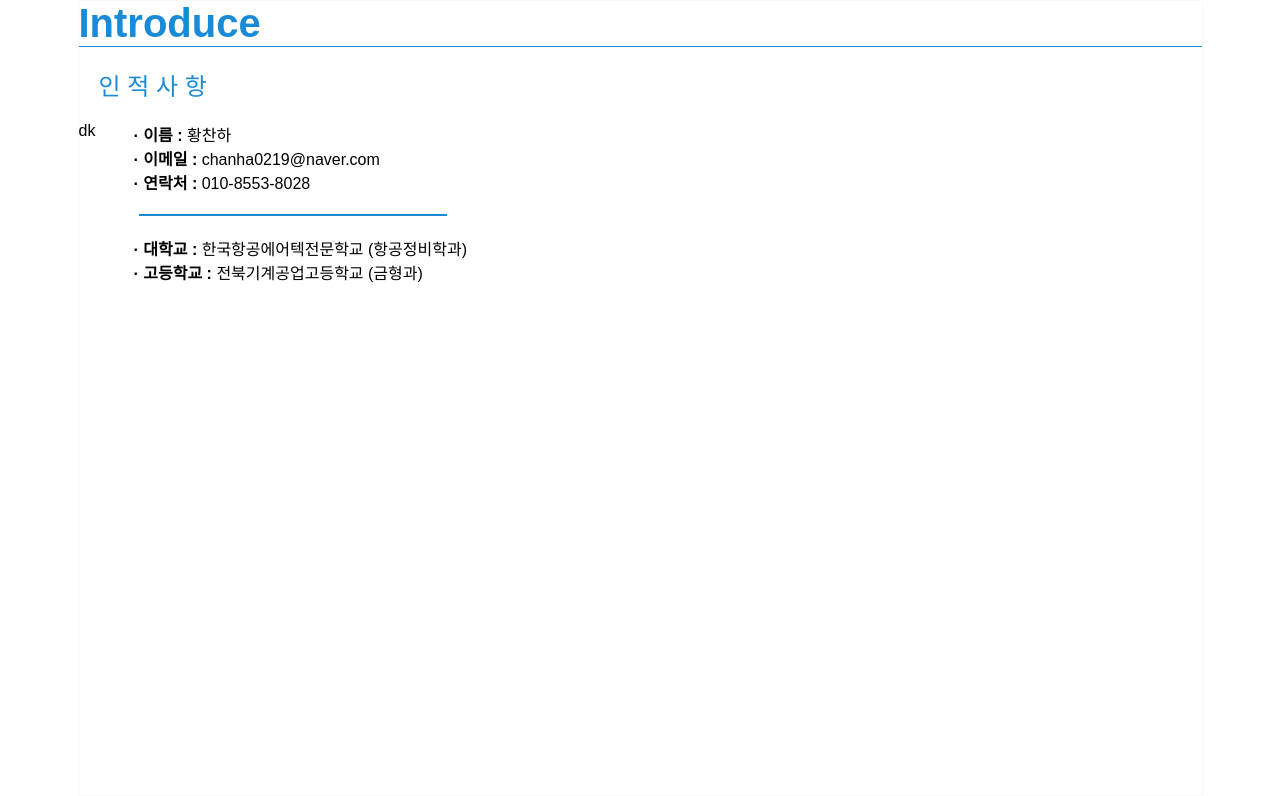
Repository: DooBae-KR/MySelf
Page: /
An editor plug-in stored every save of this project. The page is shown before and after the next save, followed by the edit.
The browser window is 1280 px wide. The pictures show the whole page.
The project was rebuilt for these pictures with package versions that can differ from the ones it lists, and the page was loaded fresh each time. Also part of the build but not shown: src/pages/MainPage.js, src/pages/header/HeaderLogo.js, src/pages/header/TabMenu.js, src/pages/HeaderPage.js.

Above is the page before, as saved 2025-07-23 21:20:15.

### src/App.js
import { BrowserRouter, Routes, Route } from 'react-router-dom';
import Main from './pages/MainPage';
import Header from './pages/HeaderPage';
import MySelf from './pages/Myself';

import './styles/header.css';

function App() {
  return (
  <BrowserRouter>
  <Routes>
    <Route path={'/'} element={<MySelf/>} />
  </Routes>
  </BrowserRouter>
  );
}

export default App;

### src/pages/Myself.js
import { myInfo,myWorkSkill,myLicense } from "../data/MyInform"
export default function MySelf(){

    return(
        <div className="A4 rec">
            <div className="title">Introduce</div>
            <div className="container content">
                <div className="contentTitle">인 적 사 항</div>
                <div className="container">
                <div className="myimg">
                    dk
                </div>
                  <div className="context">
                    <p><strong>· 이름 : </strong>{myInfo.name}</p>
                    <p><strong>· 이메일 : </strong> {myInfo.email}</p>
                    <p><strong>· 연락처 : </strong>{myInfo.phone}</p>
                    <div className="line"/>
                    <p><strong>· 대학교 : </strong>{myInfo.collage} ({myInfo.collageMajor})</p>
                    <p><strong>· 고등학교 : </strong>{myInfo.highSchool} ({myInfo.highScMajor})</p>
                </div>
                </div>
            </div>


        </div>
    )
}

### src/styles/header.css


* {
    margin: 0;
    padding: 0;
    font-family: "Asta Sans", sans-serif;
    font-optical-sizing: auto;
    font-weight: 400;
    font-style: normal;
    }

    .container {
        display :flex;
    }

    .headerLogo {
        width: 100vw;
        height: 100px;
        justify-content: space-between;
        padding: 0;
        border-bottom: 2px solid #db8b23;
    }
    .logo{
        padding: 15px;
        margin-left: 10px;
        width: 100px;
        height: 100px;
        font-size: 50px;
        font-weight: bolder;
        font-style: italic;
        cursor: pointer;
        align-items: center;
    }
    .logoTitle{
        display: flex;
        font-size: 50px;
        align-items: center;


    }
    .headerLogo input{
        margin: 15px;
        padding: 3px 5px;
        border: 1px solid #db8b239d;
        border-radius: 10px;

    }

    .A4.rec{
        width: 1123px;
        height: 794px;
        border: 1px solid #aaaaaa11;
        margin: 0 auto;
    }
    .title{
        font-size: 40px;
        color:rgb(25, 139, 214);
        font-weight: 700;
        border-bottom: 1px solid rgb(25, 139, 214);
    }
    .content{
        width: 100%;
        flex-direction: column;
    }
    .contentTitle{
        margin: 20px;
        font-size: 24px;
        color:rgb(25, 139, 214);
    }
    .context {
        gap: 5px;
    }
    .context strong{
        margin-left: 15px;
        font-weight: bold;
    }
    .line {
        margin: 20px;
        border: 0.5px solid rgb(25, 139, 214);;
    }
    .myimg{
        width: 40px;
        height: 60px;
    }

### src/data/MyInform.js

export const myInfo = {
    name: "황찬하",
    email: "chanha0219@naver.com",
    phone: "010-8553-8028",
    github: "https://github.com/DooBae-KR",
    notion: "https://www.notion.so/239012dbbef280e4886de20264e97e98",
    intro1: "CORE knowledge, HOT execution",
    intro2 : "That’s how I make things happen",
    highSchool : "전북기계공업고등학교",
    highScMajor : "금형과",
    collage : "한국항공에어텍전문학교",
    collageMajor : "항공정비학과"
  };

export const myWorkSkill ={
    wrok1Name : "(주)쎄크",
    wrok1Time : "2015.10 ~ 2016.09",
    work1Session : "생산직",
    work1Content : "비파괴검사기(튜브) 생산 및 Calibration",
     work1Study: "NG 분석 리포트 작성과 작업일지 문서화를 통해 문제 해결 능력과 데이터 기반 보고 역량을 키웠으며, 체계적인 품질관리 경험을 통해 프로세스 최적화에 대한 이해를 쌓았습니다.",

    work2Name : "이든",
    work2Time : "2023.01 ~ 2024.06",
    work2Session : "조리과",
    work2Content : `대리 | 2024.03 ~ 2024.06
                    사시미 모리, 마끼 업무 수행
                    최상의 맛과 서비스 제공
                    메뉴 개발 및 시즌별 신메뉴 기획
                    주방 인력 관리 및 신입 직원 교육

                    사원 | 2022.11 ~ 2024.02
                    튀김, 불판 조리 업무 수행
                    식자재 발주 및 위생 관리`,
    work2Study: "고객 만족을 위한 메뉴 기획과 품질 유지 경험을 통해 사용자 관점에서 사고하고 기획하는 역량을 키웠으며, 팀원 교육과 주방 운영을 통해 커뮤니케이션 능력과 리더십을 실무에 적용했습니다."
  }

export const myLicense =[
    {
        name : "컴퓨터응용밀링기능사",
        date : "2014.06.27"
    },
    {
        name : "전산응용기계제도기능사",
        date : "2014.12.26"
    },
    {
        name : "정밀측정기능사",
        date : "2015.07.03"
    },
    {
        name : "자동차운전면허 1종 보통",
        date : "2015.02"
    }
]

Loaded but not shown: public/index.html (common file); src/index.js (common file); src/index.css (common file); src/reportWebVitals.js (common file)

After the next save:
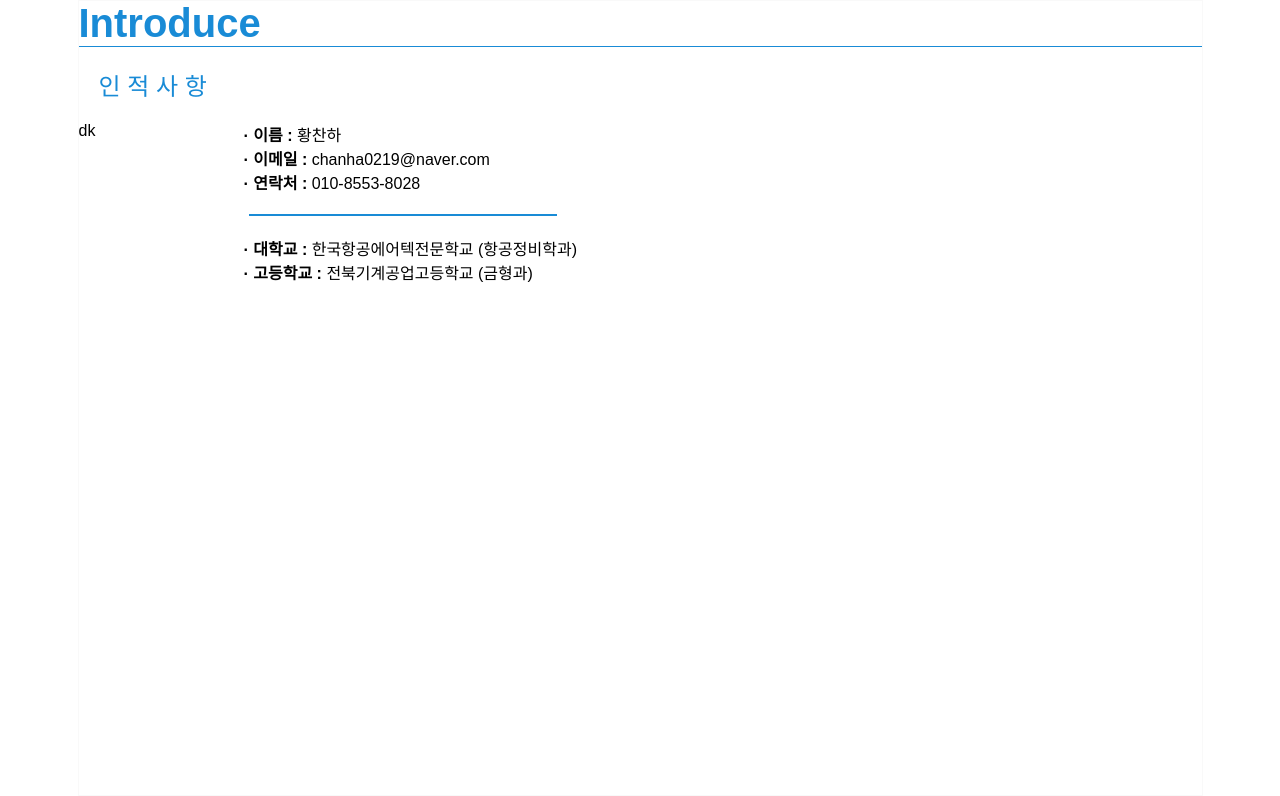
Saved 6 s later.
--- a/src/styles/header.css
+++ b/src/styles/header.css
@@ -79,6 +79,6 @@
         border: 0.5px solid rgb(25, 139, 214);;
     }
     .myimg{
-        width: 40px;
-        height: 60px;
+        width: 150px;
+        height: 180px;
     }
